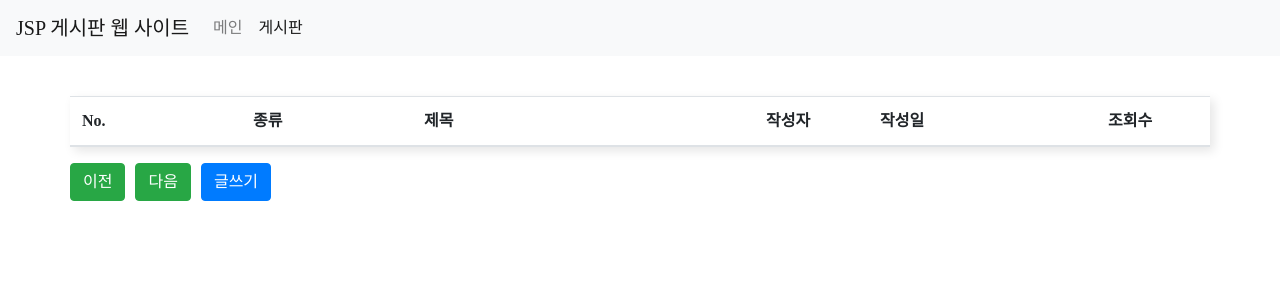
Repository: hz6450/2024-summer-jsp-notice-project
Page: http://localhost/BBS/BBS.jsp?pageNumber=0
The author's editor kept a copy of each file at every save. The page is drawn from the files as they stood at one save, then again after the next save.
The browser window is 1280 px wide. The pictures show the whole page.
Some web fonts or font styles are not loaded; a fallback is used. Some web libraries are served in a nearby version. The page is served by Tomcat 10. Other server files are loaded and not shown. Queries for data that is not in the repository find no rows.

Above is the page before, as saved 2024-07-16 02:12:02.

### projects/BBS/src/main/webapp/BBS.jsp
<%@ page language="java" contentType="text/html; charset=UTF-8"
	pageEncoding="UTF-8"%>
<%@ page import="java.io.PrintWriter"%>
<%@ page import="bbs.BbsDAO"%>
<%@ page import="bbs.Bbs"%>
<%@ page import="java.util.ArrayList"%>
<!DOCTYPE html>
<html>
<link rel="stylesheet" href="css/custom.css">
<head>
<meta charset="UTF-8">
<meta name="viewport" content="width=device-width, initial-scale=1">
<title>JSP 게시판 웹 사이트</title>
<link rel="stylesheet" href="https://stackpath.bootstrapcdn.com/bootstrap/4.5.2/css/bootstrap.min.css">
<style type="text/css">
    /* Custom CSS styles can go here */
    #bbs-table {
        box-shadow: 4px 4px 10px rgba(0, 0, 0, 0.1);
    }
    #bbs-table th, #bbs-table td {
        vertical-align: middle;
    }
    .btn-arrow-left {
        margin-right: 10px;
    }
</style>
</head>

<body>
<%
	String userID = null;
	if (session.getAttribute("userID") != null) {
		userID = (String) session.getAttribute("userID");

	}
	int pageNumber = 1;
	if (request.getParameter("pageNumber") != null) {
		pageNumber = Integer.parseInt(request.getParameter("pageNumber"));
	}
	%>

    <nav class="navbar navbar-expand-lg navbar-light bg-light">
        <a class="navbar-brand" href="main.jsp">JSP 게시판 웹 사이트</a>
        <button class="navbar-toggler" type="button" data-toggle="collapse" data-target="#bs-example-navbar-collapse-1"
            aria-controls="bs-example-navbar-collapse-1" aria-expanded="false" aria-label="Toggle navigation">
            <span class="navbar-toggler-icon"></span>
        </button>

        <div class="collapse navbar-collapse" id="bs-example-navbar-collapse-1">
            <ul class="navbar-nav mr-auto">
                <li class="nav-item">
                    <a class="nav-link" href="main.jsp">메인</a>
                </li>
                <li class="nav-item active">
                    <a class="nav-link" href="BBS.jsp">게시판</a>
                </li>
            </ul>
        </div>
    </nav>

    <div class="container mt-4">
        <div class="row">
            <table class="table table-striped" id="bbs-table">
                <thead>
                    <tr>
                        <th scope="col" style="width: 15%">No.</th>
                        <th scope="col" style="width: 15%">종류</th>
                        <th scope="col" style="width: 30%">제목</th>
                        <th scope="col" style="width: 10%">작성자</th>
                        <th scope="col" style="width: 20%">작성일</th>
                        <th scope="col">조회수</th>
                    </tr>
                </thead>
                <tbody>
                    <%
                    BbsDAO bbsDAO = new BbsDAO();
                    ArrayList<Bbs> list = bbsDAO.getList(pageNumber);
                    for (int i = 0; i < list.size(); i++) {
                    %>
                    <tr>
                        <td><%=list.get(i).getBbsId()%></td>
                        <td><%=list.get(i).getBbsCategory()%></td>
                        <td><a href="view.jsp?bbsID=<%=list.get(i).getBbsId()%>"><%=list.get(i).getBbsTitle()%></a></td>
                        <td><%=list.get(i).getUserID()%></td>
                        <td><%=list.get(i).getBbsDate().substring(0, 16).replace(" ", "<br>")%></td>
                        <td><%=list.get(i).getBbsView()%></td>
                    </tr>
                    <% } %>
                </tbody>
            </table>

            <div class="d-flex justify-content-between align-items-center">
                <a href="BBS.jsp?pageNumber=<%=pageNumber - 1%>" class="btn btn-success btn-arrow-left">이전</a>
                <a href="BBS.jsp?pageNumber=<%=pageNumber + 1%>" class="btn btn-success btn-arrow-left">다음</a>
                <a href="write.jsp" class="btn btn-primary">글쓰기</a>
            </div>
        </div>
    </div>

    <script src="https://code.jquery.com/jquery-3.5.1.slim.min.js"></script>
    <script src="https://cdn.jsdelivr.net/npm/@popperjs/core@1.16.1/dist/umd/popper.min.js"></script>
    <script src="https://stackpath.bootstrapcdn.com/bootstrap/4.5.2/js/bootstrap.min.js"></script>
</body>

</html>

### projects/BBS/src/main/java/bbs/BbsDAO.java
package bbs;

import java.sql.Connection;
import java.sql.DriverManager;
import java.sql.PreparedStatement;
import java.sql.ResultSet;
import java.util.ArrayList;

public class BbsDAO {

	private Connection conn;
	private ResultSet rs;

	public BbsDAO() {
		try {
			String dbURL = "jdbc:mysql://localhost:3306/BBS";
			String dbID = "root";
			String dbPassword = "6450";
			Class.forName("com.mysql.jdbc.Driver");
			conn = DriverManager.getConnection(dbURL, dbID, dbPassword);
		} catch (Exception e) {
			e.printStackTrace();
		}
	}

	public String getDate() {
		String SQL = "SELECT NOW()";
		try {
			PreparedStatement pstmt = conn.prepareStatement(SQL);
			rs = pstmt.executeQuery();
			if (rs.next()) {
				return rs.getString(1);
			}
		} catch (Exception e) {
			e.printStackTrace();
		}
		return "";
	}

	public int getNext() {
		String SQL = "SELECT bbsID FROM BBS ORDER BY bbsID DESC";
		try {
			PreparedStatement pstmt = conn.prepareStatement(SQL);
			rs = pstmt.executeQuery();
			if (rs.next()) {
				return rs.getInt(1) + 1;
			}
		} catch (Exception e) {
			e.printStackTrace();
		}
		return 1;
	}

	public int write(String bbsTitle, String userID, String bbsContent, String bbsCategory) {
		String SQL = "INSERT INTO BBS VALUE(?,?,?,?,?,?,?,?)";
		try {
			PreparedStatement pstmt = conn.prepareStatement(SQL);

			pstmt.setInt(1, getNext());
			pstmt.setString(2, bbsTitle);
			pstmt.setString(3, userID);
			pstmt.setString(4, getDate());
			pstmt.setString(5, bbsContent);
			pstmt.setInt(6, 1);
			pstmt.setInt(7, 0);
			pstmt.setString(8, bbsCategory);
			return pstmt.executeUpdate();
		} catch (Exception e) {
			e.printStackTrace();
		}
		return -1;
	}

	public ArrayList<Bbs> getList(int pageNumber) {
		String SQL = "SELECT * From BBS WHERE bbsID < ? AND bbsAvailable = 1 ORDER BY bbsID DESC LIMIT 5";
		ArrayList<Bbs> list = new ArrayList<Bbs>();
		try {
			PreparedStatement pstmt = conn.prepareStatement(SQL);
			pstmt.setInt(1, getNext() - (pageNumber - 1) * 5);
			rs = pstmt.executeQuery();
			while (rs.next()) {
				Bbs bbs = new Bbs();
				bbs.setBbsId(rs.getInt(1));
				bbs.setBbsTitle(rs.getString(2));
				bbs.setUserID(rs.getString(3));
				bbs.setBbsDate(rs.getString(4));
				bbs.setBbsContent(rs.getString(5));
				bbs.setBbsAvailable(rs.getInt(6));
				bbs.setBbsView(rs.getInt(7));
				bbs.setBbsCategory(rs.getString(8));
				list.add(bbs);
			}
		} catch (Exception e) {
			e.printStackTrace();
		}
		return list;
	}

	public boolean nextPage(int pageNumber) {
		String SQL = "SELECT * From BBS WHERE bbsAvailable = 1 ORDER BY bbsID DESC LIMIT 20";
		try {
			PreparedStatement pstmt = conn.prepareStatement(SQL);
			pstmt.setInt(1, getNext() - (pageNumber - 1) * 5);
			rs = pstmt.executeQuery();
			if (rs.next()) {
				return true;
			}
		} catch (Exception e) {
			e.printStackTrace();
		}
		return false;
	}

	public Bbs getBbs(int bbsID) {
		String SQL = "SELECT * FROM BBS WHERE bbsID = ?";
		try {
			PreparedStatement pstmt = conn.prepareStatement(SQL);
			pstmt.setInt(1, bbsID);
			rs = pstmt.executeQuery();
			if (rs.next()) {
				Bbs bbs = new Bbs();
				bbs.setBbsId(rs.getInt(1));
				bbs.setBbsTitle(rs.getString(2));
				bbs.setUserID(rs.getString(3));
				bbs.setBbsDate(rs.getString(4));
				bbs.setBbsContent(rs.getString(5));
				bbs.setBbsAvailable(rs.getInt(6));
				int bbsView = rs.getInt(7);
				bbs.setBbsCategory(rs.getString(8));
				bbs.setBbsView(bbsView);
				bbsView = bbsView + 1;
				countUpdate(bbsView, bbsID);
				return bbs;
			}
		} catch (Exception e) {
			e.printStackTrace();
		}
		return null;
	}

	public int countUpdate(int bbsCount, int bbsID) {
		String SQL = "update bbs set bbsViews = ? where bbsID = ?";
		try {
			PreparedStatement pstmt = conn.prepareStatement(SQL);
			pstmt.setInt(1, bbsCount);// 물음표의 순서
			pstmt.setInt(2, bbsID);
			return pstmt.executeUpdate();// insert,delete,update
		} catch (Exception e) {
			e.printStackTrace();
		}
		return -1;// 데이터베이스 오류
	}

	public int update(int bbsID, String bbsTitle, String bbsContent) {
		String SQL = "UPDATE BBS SET bbsTitle = ?, bbsContent= ? WHERE bbsID = ?";
		try {
			PreparedStatement pstmt = conn.prepareStatement(SQL);

			pstmt.setString(1, bbsTitle);
			pstmt.setString(2, bbsContent);
			pstmt.setInt(3, bbsID);

			return pstmt.executeUpdate();
		} catch (Exception e) {
			e.printStackTrace();
		}
		return -1;
	}

	public int delete(int bbsID) {
		String SQL = "DELETE FROM BBS WHERE bbsID = ?";
		try {
			PreparedStatement pstmt = conn.prepareStatement(SQL);
			pstmt.setInt(1, bbsID);

			return pstmt.executeUpdate();
		} catch (Exception e) {
			e.printStackTrace();
		}
		return -1;
	}
}

### projects/BBS/src/main/webapp/css/custom.css
@import url(http://fonts.googleapis.com/earlyaccess/nanumgothic.css);

@import url(http://fonts.googleapis.com/earlyaccess/hanna.css);

* {
	font-family: "Nanum Gothic";
}

h1 {
	font-family: "Hanna";
}

#bbs-table {
  border-collapse: collapse;
  margin: 1rem auto;
  background-color: white;
}

td {
  padding: 8px;
  text-align: left;
  border-bottom: 1px solid #ddd;
  text-align: center;
}

#bbs-th {
  padding: 8px;
  text-align: left;
  text-align: center;
  border-bottom: 2px solid #000;
  background-color: #E7E7E7;

}

#bbs-th-bor {
  padding: 8px;
  text-align: left;
  text-align: center;
  border-bottom: 2px solid #000;
  border-left: 1px solid #000;
  background-color: #E7E7E7;
  color: #000;
}

#bbs-td-bor {
  text-align: left;
  text-align: center;
  border-left: 1px solid #000;
  color: #000;
}

.btn-next{
	position: absolute;
  top:50%;
  background-color:#0a0a23;
  color: #fff;
  border:none;
}

.carousel-inner .item img {
    width: 100%; /* 이미지를 부모 요소인 .item의 너비에 맞춰 조정 */
    height: auto; /* 너비에 맞추어 비율을 자동으로 조정 */
    display: block; /* 이미지 요소를 블록 레벨 요소로 표시 */
    max-width: 100%; /* 이미지가 자신의 원래 크기보다 크면 최대 너비로 제한 */
    max-height: 100%; /* 이미지가 자신의 원래 크기보다 크면 최대 높이로 제한 */
}

### projects/BBS/src/main/webapp/css/custom-font.css
@charset "UTF-8";

@import url(http://fonts.googleapis.com/earlyaccess/nanumgothic.css);

@import url(http://fonts.googleapis.com/earlyaccess/hanna.css);

* {
	font-family: "Nanum Gothic";
}

h1 {
	font-family: "Hanna";
}

After the next save:
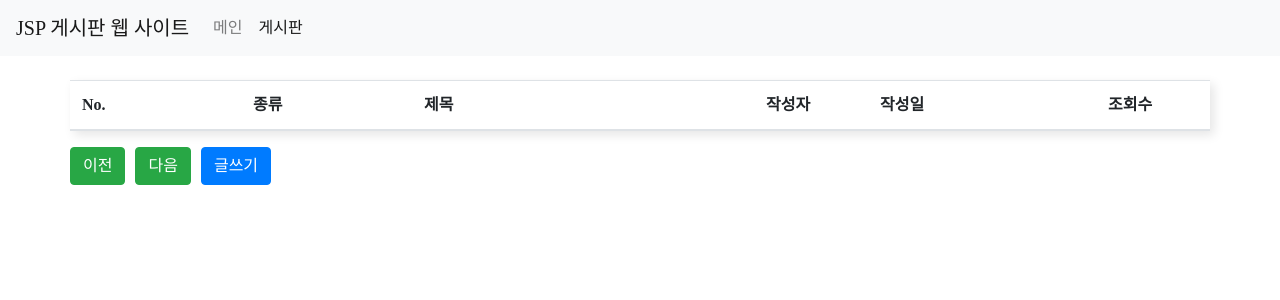
Saved 9 s later.
--- a/projects/BBS/src/main/webapp/BBS.jsp
+++ b/projects/BBS/src/main/webapp/BBS.jsp
@@ -6,7 +6,7 @@
 <%@ page import="java.util.ArrayList"%>
 <!DOCTYPE html>
 <html>
-<link rel="stylesheet" href="css/custom.css">
+<link rel="stylesheet" href="css/custom-font.css">
 <head>
 <meta charset="UTF-8">
 <meta name="viewport" content="width=device-width, initial-scale=1">
